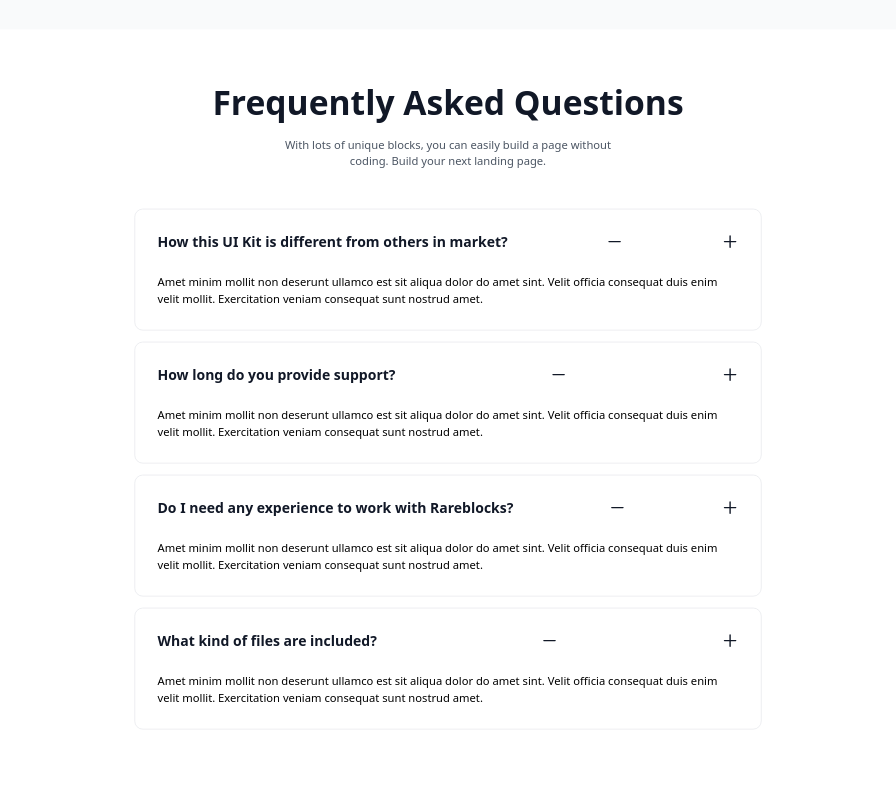
Repository: ornelasedward/mired_website
Page: /
These files come from the project's save history. The page is drawn as it stood at one moment and after the next save; the edit follows.
The browser window is 1280 px wide. The pictures show the part of the page from y = 3253 to 5173 px (the page is 4375 px tall before and 5173 px after), at 70% of full size.
The project was rebuilt for these pictures with package versions that can differ from the ones it lists, and the page was loaded fresh each time. The framework's server and built-in components were replaced by stand-ins that run in the browser. Also part of the build but not shown: next.config.js.

Above is the page before, as saved 2023-03-25 21:08:48.

After the next save:
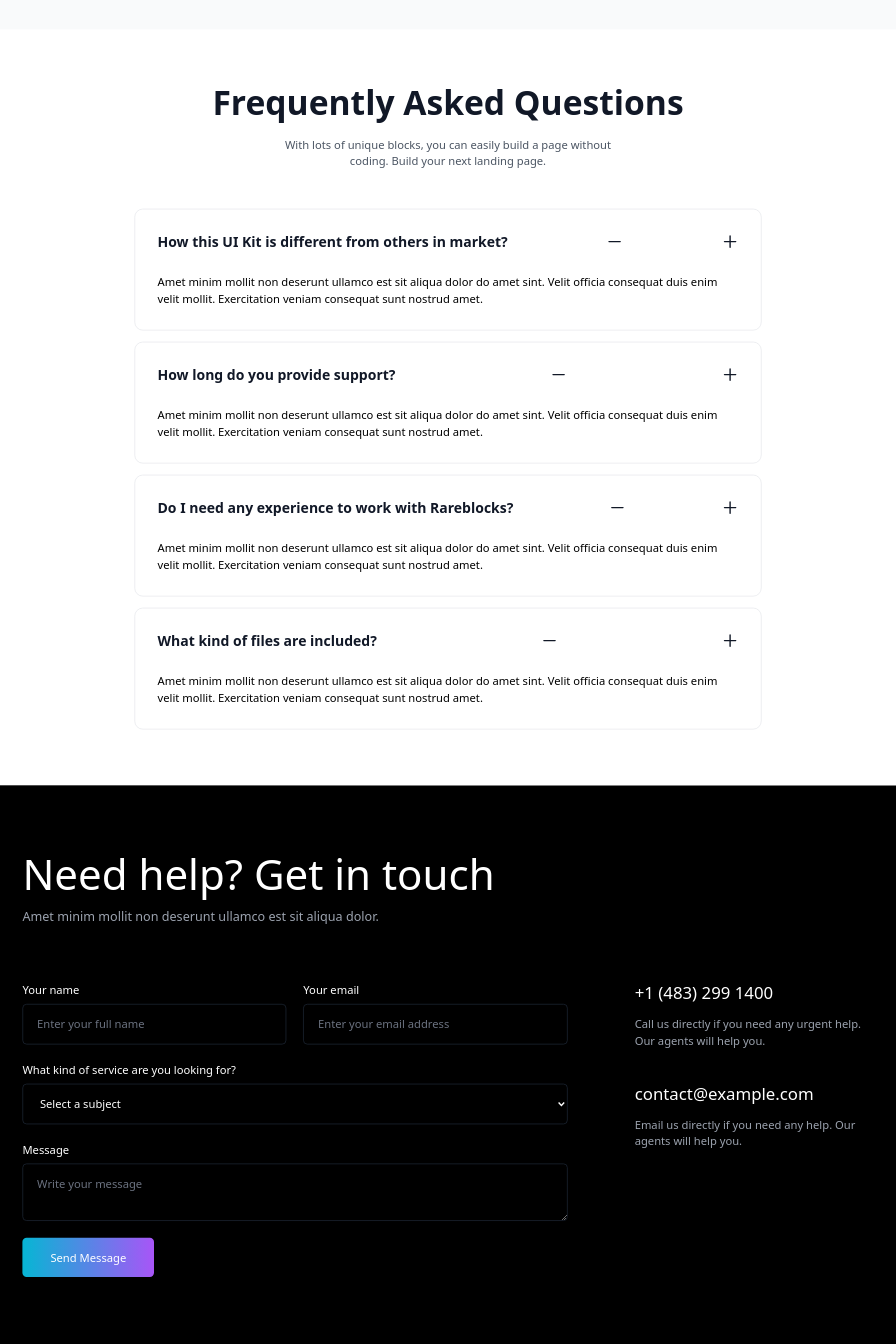
Saved 17 s later.
--- a/app/page.tsx
+++ b/app/page.tsx
@@ -5,6 +5,7 @@
 import { Inter } from "next/font/google";
 import Testimonial from "@/components/Testimonials";
 import FAQ from "@/components/FAQ";
+import Contact from "@/components/Contact";
 
 const inter = Inter({ subsets: ["latin"] });
 
@@ -17,6 +18,7 @@
       <CTA />
       <Testimonial />
       <FAQ />
+      <Contact />
     </main>
   );
 }
